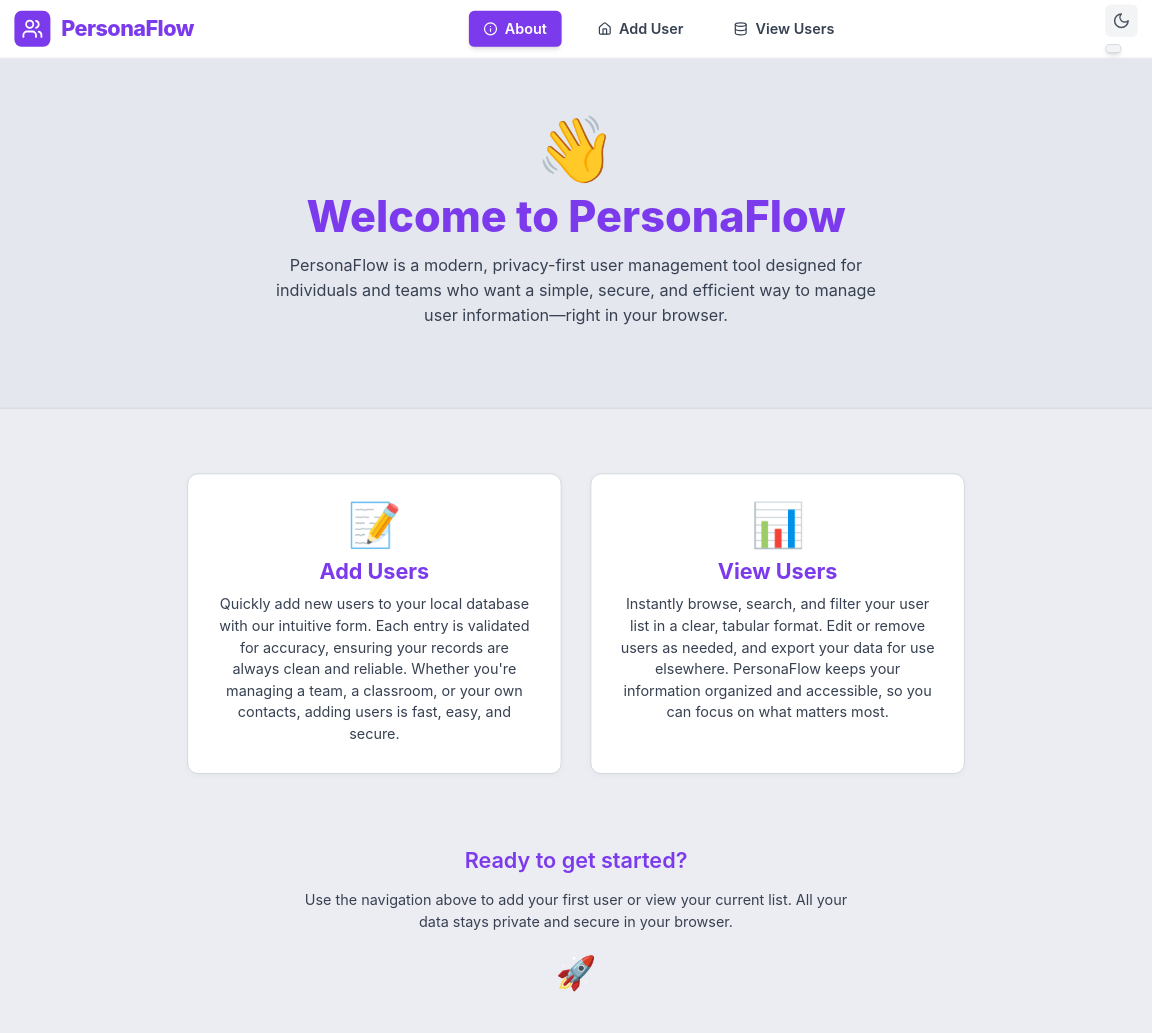
Repository: nikunjagarwal05/PersonaFlow
Page: /
An editor plug-in stored every save of this project. The page is shown before and after a run of saves, followed by the edit.
The browser window is 1280 px wide. The pictures show the whole page, at 90% of full size.
The project was rebuilt for these pictures with package versions that can differ from the ones it lists, and the page was loaded fresh each time. Also part of the build but not shown: vite.config.ts, src/components/Toast.jsx, src/components/LanguageSelector.jsx, src/components/UserForm.jsx, src/utils/localStorage.js, src/pages/Home.jsx, src/components/UserTable.jsx, src/components/SearchBar.jsx and 3 more.

Above is the page before, as saved 2025-06-12 12:18:53.

### index.html
<!doctype html>
<html lang="en">
  <head>
    <meta charset="UTF-8" />
    <link rel="icon" type="image/svg+xml" href="/vite.svg" />
    <meta name="viewport" content="width=device-width, initial-scale=1.0" />
    <meta name="description" content="PersonaFlow - A professional user management system with advanced data handling capabilities" />
    <meta name="keywords" content="user management, data management, professional design, React, JavaScript" />
    <meta name="author" content="PersonaFlow Team" />

    <!-- Open Graph / Facebook -->
    <meta property="og:type" content="website" />
    <meta property="og:title" content="PersonaFlow - Professional User Management" />
    <meta property="og:description" content="Manage users with our professional, clean interface" />

    <!-- Twitter -->
    <meta property="twitter:card" content="summary_large_image" />
    <meta property="twitter:title" content="PersonaFlow - Professional User Management" />
    <meta property="twitter:description" content="Manage users with our professional, clean interface" />

    <title>PersonaFlow - User Management System</title>
  </head>
  <body>
    <div id="root"></div>
    <script type="module" src="/src/main.jsx"></script>
    <script type="text/javascript">
      function googleTranslateElementInit() {
        new google.translate.TranslateElement({
          pageLanguage: 'en',
          layout: google.translate.TranslateElement.InlineLayout.HORIZONTAL
        }, 'google_translate_element');
      }
    </script>
  </body>
</html>

### src/App.jsx
import React, { useState, useEffect } from 'react';
import { BrowserRouter as Router, Routes, Route } from 'react-router-dom';

import { ToastProvider } from './components/ToastContainer';
import Navbar from './components/Navbar';
import Home from './pages/Home';
import ViewData from './pages/ViewData';
import About from './pages/About';

// App component manages global state, dark mode, and routing
function App() {
  const [darkMode, setDarkMode] = useState(() => {
    const saved = localStorage.getItem('darkMode');
    return saved ? JSON.parse(saved) : false;
  });

  useEffect(() => {
    localStorage.setItem('darkMode', JSON.stringify(darkMode));
    if (darkMode) {
      document.documentElement.classList.add('dark');
    } else {
      document.documentElement.classList.remove('dark');
    }
  }, [darkMode]);

  const toggleDarkMode = () => {
    setDarkMode(!darkMode);
  };

  return (
    <div className={`min-h-screen transition-colors duration-300 ${darkMode ? 'dark' : ''}`}>
      <ToastProvider>
        <Router>
          <Navbar darkMode={darkMode} toggleDarkMode={toggleDarkMode} />
          <Routes>
            <Route path="/" element={<About />} />
            <Route path="/add" element={<Home />} />
            <Route path="/view" element={<ViewData />} />
          </Routes>
        </Router>
      </ToastProvider>
    </div>
  );
}

export default App;

### src/index.css
@tailwind base;
@tailwind components;
@tailwind utilities;

@layer base {
  html {
    scroll-behavior: smooth;
  }

  body {
    font-family: -apple-system, BlinkMacSystemFont, 'Segoe UI', 'Roboto', 'Oxygen',
      'Ubuntu', 'Cantarell', 'Fira Sans', 'Droid Sans', 'Helvetica Neue',
      sans-serif;
    -webkit-font-smoothing: antialiased;
    -moz-osx-font-smoothing: grayscale;
    background-color: theme('colors.lightbg');
    color: theme('colors.gray.900');
    top: 0 !important;
  }

  .card {
    background-color: theme('colors.lightcard');
    border: 1px solid theme('colors.lightborder');
    border-radius: 0.75rem;
    box-shadow: 0 2px 8px rgba(0, 0, 0, 0.03);
  }

  .dark body {
    background-color: theme('colors.gray.900');
    color: theme('colors.gray.100');
  }

  .dark .card {
    background-color: theme('colors.gray.800');
    border: 1px solid theme('colors.gray.700');
  }
}

@layer utilities {
  .animate-slide-in {
    animation: slideIn 0.3s ease-out;
  }

  .animate-fade-in {
    animation: fadeIn 0.2s ease-out;
  }

  .btn-hover {
    transition: all 0.2s ease-in-out;
  }

  .btn-hover:hover {
    transform: translateY(-1px);
    box-shadow: 0 4px 12px rgba(0, 0, 0, 0.15);
  }

  .card-hover {
    transition: all 0.2s ease-in-out;
  }

  .card-hover:hover {
    transform: translateY(-2px);
    box-shadow: 0 8px 25px rgba(0, 0, 0, 0.1);
  }

  .form-input {
    transition: all 0.2s ease-in-out;
  }

  .form-input:focus {
    transform: translateY(-1px);
  }

  .table-row {
    transition: all 0.2s ease-in-out;
  }

  .table-row:hover {
    transform: scale(1.01);
  }

  .btn-accent {
    background-color: theme('colors.accent.DEFAULT');
    color: #fff;
  }

  .btn-accent:hover {
    background-color: theme('colors.accent.dark');
  }

  .link-accent {
    color: theme('colors.accent.DEFAULT');
  }

  .link-accent:hover {
    color: theme('colors.accent.dark');
  }

  .dark .btn-accent {
    background-color: theme('colors.darkaccent.DEFAULT');
    color: #fff;
  }

  .dark .btn-accent:hover {
    background-color: theme('colors.darkaccent.dark');
  }

  .dark .link-accent {
    color: theme('colors.darkaccent.DEFAULT');
  }

  .dark .link-accent:hover {
    color: theme('colors.darkaccent.dark');
  }

  /* Loading spinner */
  .loading-spinner {
    border: 3px solid rgba(59, 130, 246, 0.3);
    border-top: 3px solid #3b82f6;
    border-radius: 50%;
    width: 24px;
    height: 24px;
    animation: spin 1s linear infinite;
  }

  /* Scrollbar */
  ::-webkit-scrollbar {
    width: 8px;
  }

  ::-webkit-scrollbar-track {
    background: rgba(0, 0, 0, 0.1);
    border-radius: 10px;
  }

  ::-webkit-scrollbar-thumb {
    background: #3b82f6;
    border-radius: 10px;
  }

  ::-webkit-scrollbar-thumb:hover {
    background: #2563eb;
  }

  /* Selection */
  ::selection {
    background: rgba(59, 130, 246, 0.3);
    color: white;
  }

  /* Focus styles */
  input:focus,
  select:focus,
  textarea:focus {
    outline: none;
    box-shadow: 0 0 0 3px rgba(59, 130, 246, 0.3);
  }

  /* Mobile animation override */
  @media (max-width: 768px) {
    .animate-slide-in {
      animation: slideInMobile 0.3s ease-out;
    }
  }

  /* Accessibility: High contrast */
  @media (prefers-contrast: high) {
    .bg-gradient-to-r {
      background: solid;
    }
  }

  /* Accessibility: Reduced motion */
  @media (prefers-reduced-motion: reduce) {
    * {
      animation-duration: 0.01ms !important;
      animation-iteration-count: 1 !important;
      transition-duration: 0.01ms !important;
    }

    .animate-slide-in,
    .animate-fade-in {
      animation: none;
    }
  }

  /* Google Translate Styling */
  #google_translate_element,
  #google_translate_element_mobile {
    font-size: 0.875rem;
    color: #fff;
    background-color: #1f2937;
    border: 1px solid #374151;
    border-radius: 0.375rem;
    padding: 0.25rem 0.5rem;
    max-width: fit-content;
    margin-right: 0.5rem;
    box-shadow: 0 0 10px rgba(0, 0, 0, 0.2);
  }

  .goog-te-combo {
    color: #fff !important;
    background-color: #1f2937 !important;
    border: none !important;
    padding: 0.25rem 0.5rem !important;
    border-radius: 0.375rem !important;
  }

  /* Only hide branding, not essential UI */
  .goog-logo-link {
    display: none !important;
  }

}

/* Keyframes */
@keyframes slideIn {
  from {
    opacity: 0;
    transform: translateX(100%);
  }
  to {
    opacity: 1;
    transform: translateX(0);
  }
}

@keyframes fadeIn {
  from {
    opacity: 0;
  }
  to {
    opacity: 1;
  }
}

@keyframes slideInMobile {
  from {
    opacity: 0;
    transform: translateY(20px);
  }
  to {
    opacity: 1;
    transform: translateY(0);
  }
}

@keyframes spin {
  0% {
    transform: rotate(0deg);
  }
  100% {
    transform: rotate(360deg);
  }
}

@layer utilities {
  /* Google Translate Box — Light Theme */
  #google_translate_element,
  #google_translate_element_mobile {
    @apply text-sm text-gray-800 bg-gray-100 border border-gray-300 rounded-md px-2 py-1 shadow-md;
    max-width: fit-content;
    margin-right: 0.5rem;
  }

  .goog-te-combo {
    @apply text-gray-800 bg-gray-100 border-none px-2 py-1 rounded-md;
  }

  /* Google Translate Box — Dark Theme */
  .dark #google_translate_element,
  .dark #google_translate_element_mobile {
    @apply text-sm text-white bg-gray-800 border border-gray-700 rounded-md px-2 py-1 shadow-lg;
  }

  .dark .goog-te-combo {
    @apply text-white bg-gray-800 border-none px-2 py-1 rounded-md;
  }

  /* Hide Google Branding (TOS Risk – optional) */
  .goog-logo-link,
  .goog-te-gadget span,
  .goog-te-banner-frame.skiptranslate,
  body > .goog-te-banner-frame {
    display: none !important;
  }
}

### src/components/ToastContainer.jsx
import React, { createContext, useContext, useState, useCallback } from 'react';
import Toast from './Toast';

// ToastContainer provides context and renders toasts
const ToastContext = createContext(undefined);

export const useToast = () => {
  const context = useContext(ToastContext);
  if (!context) {
    throw new Error('useToast must be used within a ToastProvider');
  }
  return context;
};

export const ToastProvider = ({ children }) => {
  const [toasts, setToasts] = useState([]);

  const showToast = useCallback((toast) => {
    const id = crypto.randomUUID();
    const newToast = {
      ...toast,
      id,
      onClose: removeToast,
    };
    setToasts(prev => [...prev, newToast]);
  }, []);

  const removeToast = useCallback((id) => {
    setToasts(prev => prev.filter(toast => toast.id !== id));
  }, []);

  return (
    <ToastContext.Provider value={{ showToast }}>
      {children}
      <div className="fixed top-4 right-4 z-50 space-y-2 max-w-sm">
        {toasts.map(toast => (
          <Toast key={toast.id} {...toast} />
        ))}
      </div>
    </ToastContext.Provider>
  );
};

### src/components/Navbar.jsx
import React from 'react';
import { Link, useLocation } from 'react-router-dom';
import { Home, Database, Moon, Sun, Users, Info } from 'lucide-react';
import LanguageSelector from './LanguageSelector';
import useGoogleTranslate from '../hooks/useGoogleTranslate';

const Navbar = ({ darkMode, toggleDarkMode }) => {
  const location = useLocation();
  useGoogleTranslate();

  return (
    <nav className="sticky top-0 z-40 bg-white dark:bg-gray-900 border-b border-gray-200 dark:border-gray-700 shadow-sm">
      <div className="max-w-7xl mx-auto flex justify-between items-center h-16 w-full px-4">
        {/* Left side */}
        <div className="flex items-center space-x-3 min-w-[220px]">
          <div className="p-2 bg-accent dark:bg-darkaccent rounded-lg">
            <Users className="w-6 h-6 text-white" />
          </div>
          <h1 className="text-2xl font-extrabold text-accent dark:text-darkaccent-light tracking-tight">
            PersonaFlow
          </h1>
        </div>

        {/* Center Links */}
        <div className="hidden md:flex items-center space-x-6">
          <Link
            to="/"
            className={`px-4 py-2 rounded-md font-semibold flex items-center space-x-2 ${
              location.pathname === '/'
                ? 'bg-accent dark:bg-darkaccent text-white shadow-md'
                : 'text-gray-700 dark:text-gray-300 hover:bg-gray-100 dark:hover:bg-gray-800'
            }`}
          >
            <Info className="w-4 h-4" />
            <span>About</span>
          </Link>
          <Link
            to="/add"
            className={`px-4 py-2 rounded-md font-semibold flex items-center space-x-2 ${
              location.pathname === '/add'
                ? 'bg-accent dark:bg-darkaccent text-white shadow-md'
                : 'text-gray-700 dark:text-gray-300 hover:bg-gray-100 dark:hover:bg-gray-800'
            }`}
          >
            <Home className="w-4 h-4" />
            <span>Add User</span>
          </Link>
          <Link
            to="/view"
            className={`px-4 py-2 rounded-md font-semibold flex items-center space-x-2 ${
              location.pathname === '/view'
                ? 'bg-accent dark:bg-darkaccent text-white shadow-md'
                : 'text-gray-700 dark:text-gray-300 hover:bg-gray-100 dark:hover:bg-gray-800'
            }`}
          >
            <Database className="w-4 h-4" />
            <span>View Users</span>
          </Link>
        </div>

        <div>
          {/* Right Side - Dark Mode + Translate */}
          <div className="flex items-center space-x-3">
            <button
              onClick={toggleDarkMode}
              className="p-2 rounded-md bg-gray-100 dark:bg-gray-800 hover:bg-gray-200 dark:hover:bg-gray-700"
              aria-label="Toggle dark mode"
            >
              {darkMode ? (
                <Sun className="w-5 h-5 text-yellow-500" />
              ) : (
                <Moon className="w-5 h-5 text-gray-600" />
              )}
            </button>
          </div>

          <div className=''>
            <div id="google_translate_element" className="mt-2"></div>
          </div>
        </div>

      </div>
    </nav>
  );
};

export default Navbar;

### src/pages/About.jsx
import React from 'react';

// About page: Explains the website and its main features in depth
const About = () => {
  return (
    <div className="min-h-screen bg-lightbg dark:bg-gray-900 text-gray-900 dark:text-gray-100">
      {/* Hero Section */}
      <section className="w-full py-16 bg-lightcard dark:bg-gray-800 border-b border-lightborder dark:border-gray-700 mb-10">
        <div className="max-w-3xl mx-auto px-4 flex flex-col items-center text-center">
          <span className="inline-block text-7xl mb-4">👋</span>
          <h1 className="text-4xl sm:text-5xl font-extrabold text-accent dark:text-accent-light mb-4">Welcome to PersonaFlow</h1>
          <p className="text-lg text-gray-700 dark:text-gray-200 max-w-2xl mb-6">
            PersonaFlow is a modern, privacy-first user management tool designed for individuals and teams who want a simple, secure, and efficient way to manage user information—right in your browser.
          </p>
        </div>
      </section>

      {/* Features Section */}
      <section className="max-w-4xl mx-auto px-4 py-8 grid grid-cols-1 md:grid-cols-2 gap-8">
        {/* Add Users Feature */}
        <div className="bg-white dark:bg-gray-800 card p-8 flex flex-col items-center text-center">
          <span className="text-5xl mb-3">📝</span>
          <h2 className="text-2xl font-bold text-accent dark:text-accent-light mb-2">Add Users</h2>
          <p className="text-gray-700 dark:text-gray-200">
            Quickly add new users to your local database with our intuitive form. Each entry is validated for accuracy, ensuring your records are always clean and reliable. Whether you're managing a team, a classroom, or your own contacts, adding users is fast, easy, and secure.
          </p>
        </div>
        {/* View Users Feature */}
        <div className="bg-white dark:bg-gray-800 card p-8 flex flex-col items-center text-center">
          <span className="text-5xl mb-3">📊</span>
          <h2 className="text-2xl font-bold text-accent dark:text-accent-light mb-2">View Users</h2>
          <p className="text-gray-700 dark:text-gray-200">
            Instantly browse, search, and filter your user list in a clear, tabular format. Edit or remove users as needed, and export your data for use elsewhere. PersonaFlow keeps your information organized and accessible, so you can focus on what matters most.
          </p>
        </div>
      </section>

      {/* Call to Action */}
      <section className="max-w-2xl mx-auto px-4 py-12 text-center">
        <h3 className="text-2xl font-semibold mb-4 text-accent dark:text-accent-light">Ready to get started?</h3>
        <p className="text-gray-700 dark:text-gray-200 mb-6">
          Use the navigation above to add your first user or view your current list. All your data stays private and secure in your browser.
        </p>
        <span className="inline-block text-4xl">🚀</span>
      </section>
    </div>
  );
};

export default About;

### src/hooks/useGoogleTranslate.js
import { Divide } from 'lucide-react';
import { useEffect } from 'react';

const useGoogleTranslate = () => {
  useEffect(() => {
    const addScript = () => {
      if (document.getElementById('google-translate-script')) return;

      const script = document.createElement('script');
      script.id = 'google-translate-script';
      script.src = '//translate.google.com/translate_a/element.js?cb=googleTranslateElementInit';
      script.async = true;
      document.body.appendChild(script);

      window.googleTranslateElementInit = () => {
        new window.google.translate.TranslateElement(
          {
            pageLanguage: 'en',
            includedLanguages: 'en,hi,fr,de,es,zh',
            layout: window.google.translate.TranslateElement.InlineLayout.SIMPLE,
          },
          'google_translate_element'
        );
      };
    };

    addScript();
  }, []);
};

export default useGoogleTranslate;

### tailwind.config.js
/** @type {import('tailwindcss').Config} */
export default {
  content: ['./index.html', './src/**/*.{js,ts,jsx,tsx}'],
  theme: {
    extend: {
      colors: {
        lightbg: '#ececf3', // deeper, softer white for light mode
        lightcard: '#e5e7ef', // soft card
        lightborder: '#d1d5db',
        accent: {
          DEFAULT: '#7c3aed', // deep purple for light mode
          dark: '#6d28d9', // even deeper purple
          light: '#a78bfa', // lighter purple
        },
        darkaccent: {
          DEFAULT: '#06b6d4', // cyan/teal for dark mode
          dark: '#0e7490',
          light: '#67e8f9',
        },
      },
    },
  },
  plugins: [],
  darkMode: 'class',
};

Loaded but not shown: src/main.jsx (common file)

After the next 2 saves:
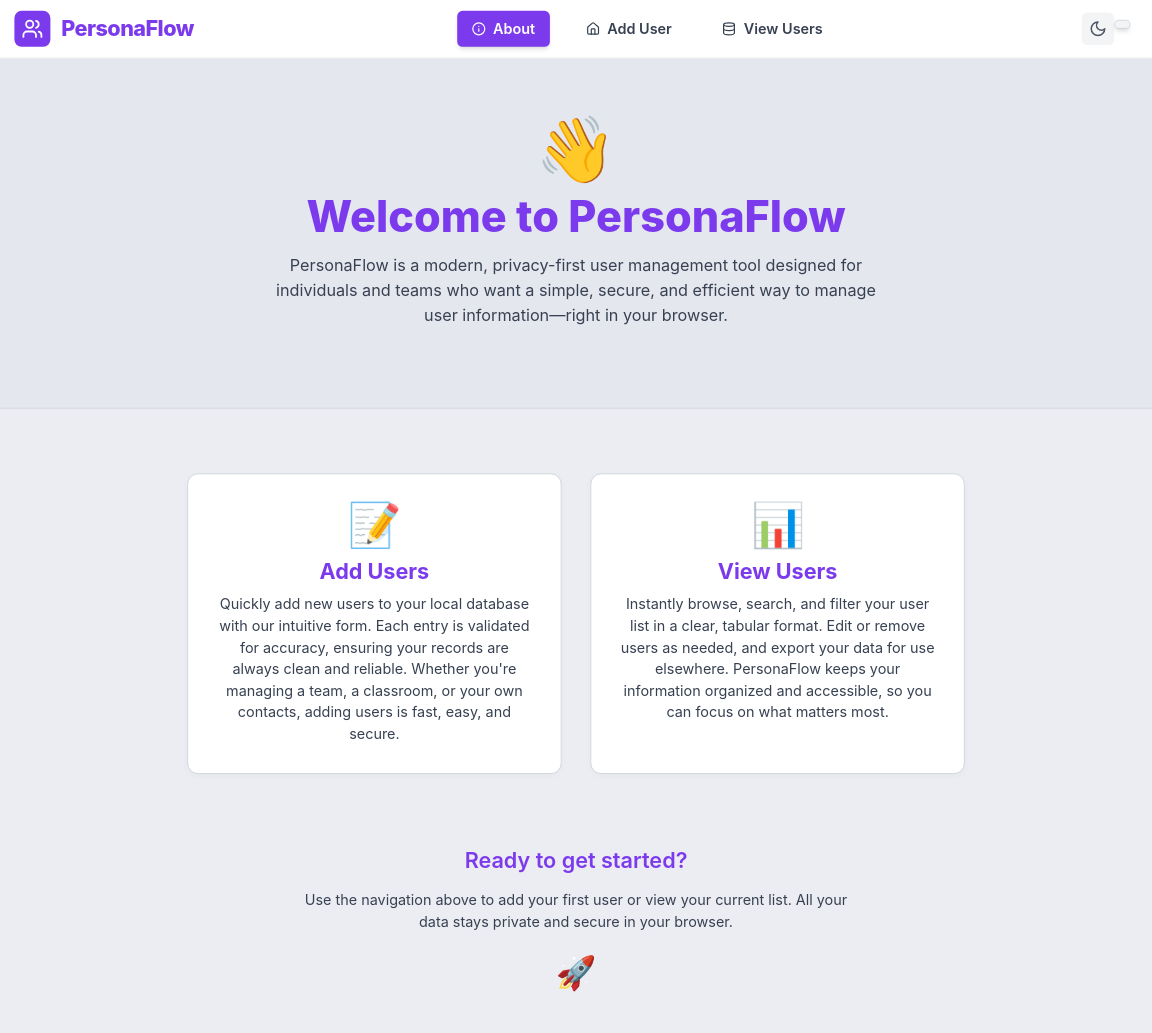
The 2 saves are shown as one change because they came seconds apart.
The last was saved 6 s later.
--- a/src/components/Navbar.jsx
+++ b/src/components/Navbar.jsx
@@ -58,7 +58,7 @@ const Navbar = ({ darkMode, toggleDarkMode }) => {
           </Link>
         </div>
 
-        <div>
+        <div className='flex just'>
           {/* Right Side - Dark Mode + Translate */}
           <div className="flex items-center space-x-3">
             <button
